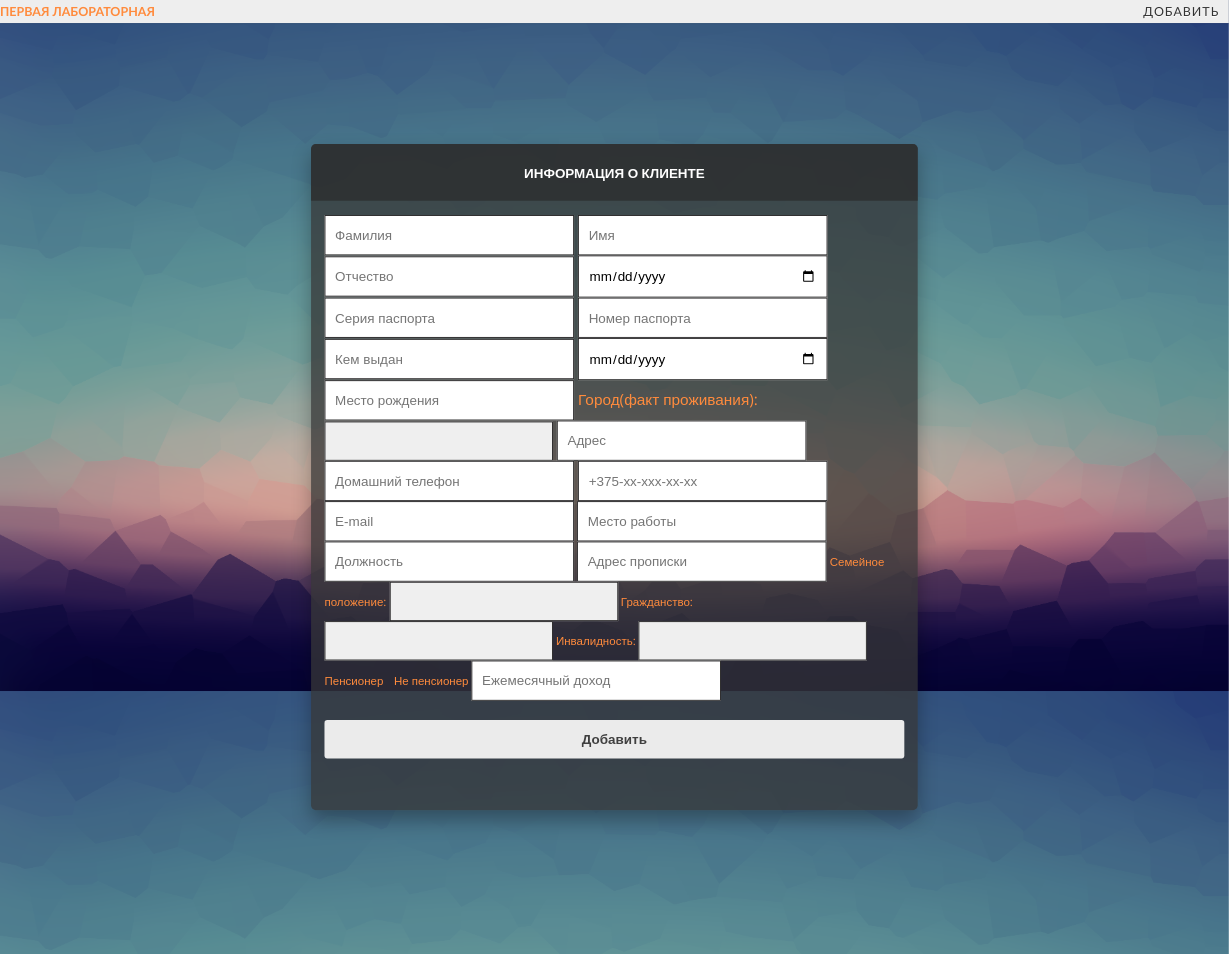
Repository: KosiloVeronika/workspace
Page: http://localhost/adbLab1/jsp/add_edit.jsp
These files come from the project's save history. The page is drawn as it stood at one moment and after the next save; the edit follows.
The browser window is 1280 px wide. The pictures show the whole page, at 96% of full size.
Backgrounds fixed to the window are drawn as part of the page. Some web libraries are served in a nearby version. The page is served by Tomcat 9. The template is opened directly, without the code that normally fills it, so the values that code supplies are empty.

Above is the page before, as saved 2015-10-12 22:01:41.

After the next save:
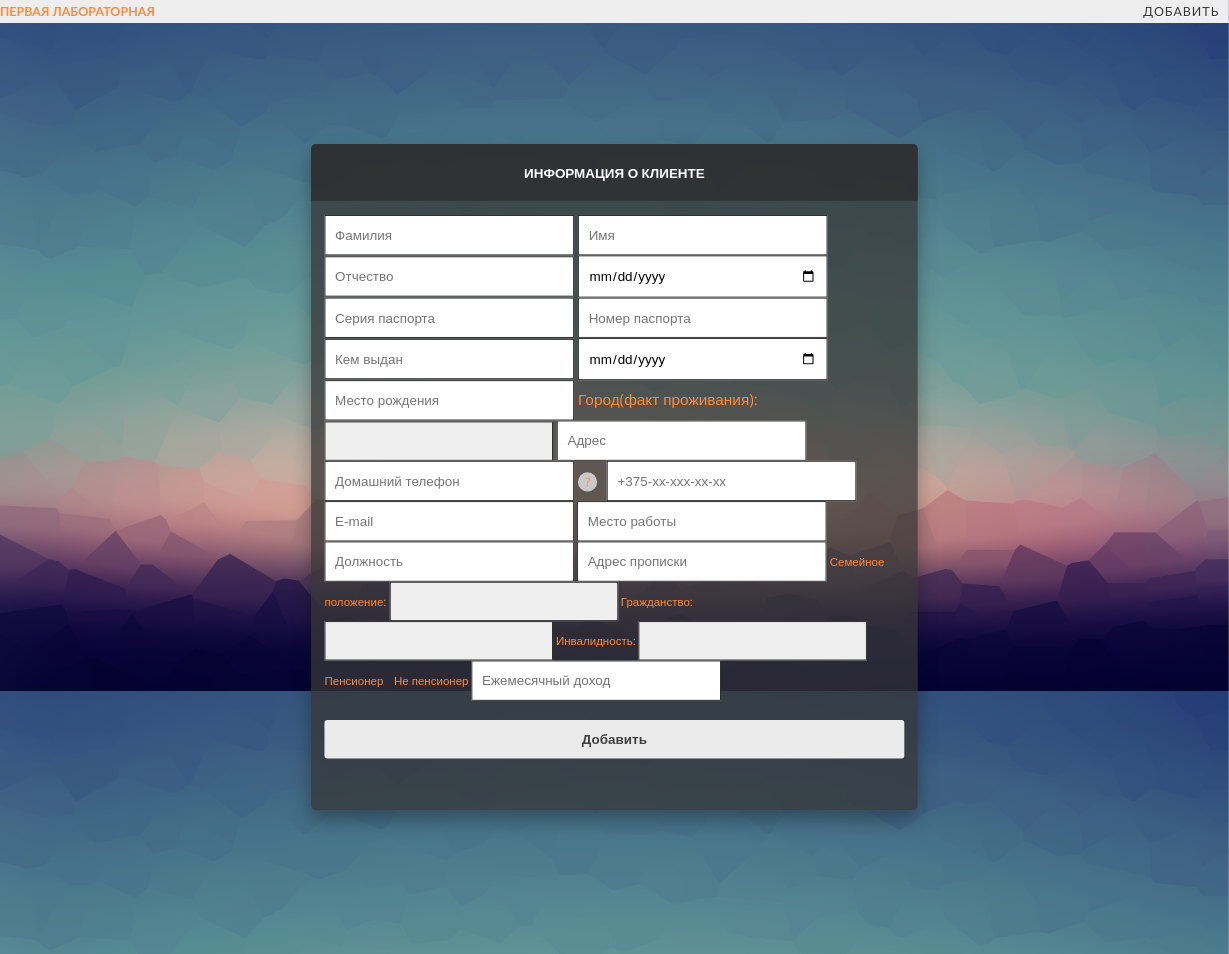
Saved 13 s later.
--- a/adbLab1/WebContent/css/style.css
+++ b/adbLab1/WebContent/css/style.css
@@ -177,13 +177,22 @@
 }
 
 #login-form fieldset form span:before {
-
+	background-color: #c9c9c9;
+	border-radius: 50%;
+	-moz-border-radius: 50%;
+	-webkit-border-radius: 50%;
+	content: "?";
+	display: inline-block;
+	height: 20px;
+	line-height: 20px;
+	margin-right: 10px;
+	text-align: center;
+	width: 20px;
 }
 
 #login-form fieldset form span {
 	font-size: 12px;
 	margin-top: 40px;
-
 }
 
 #login-form fieldset form span a{

After the save that followed:
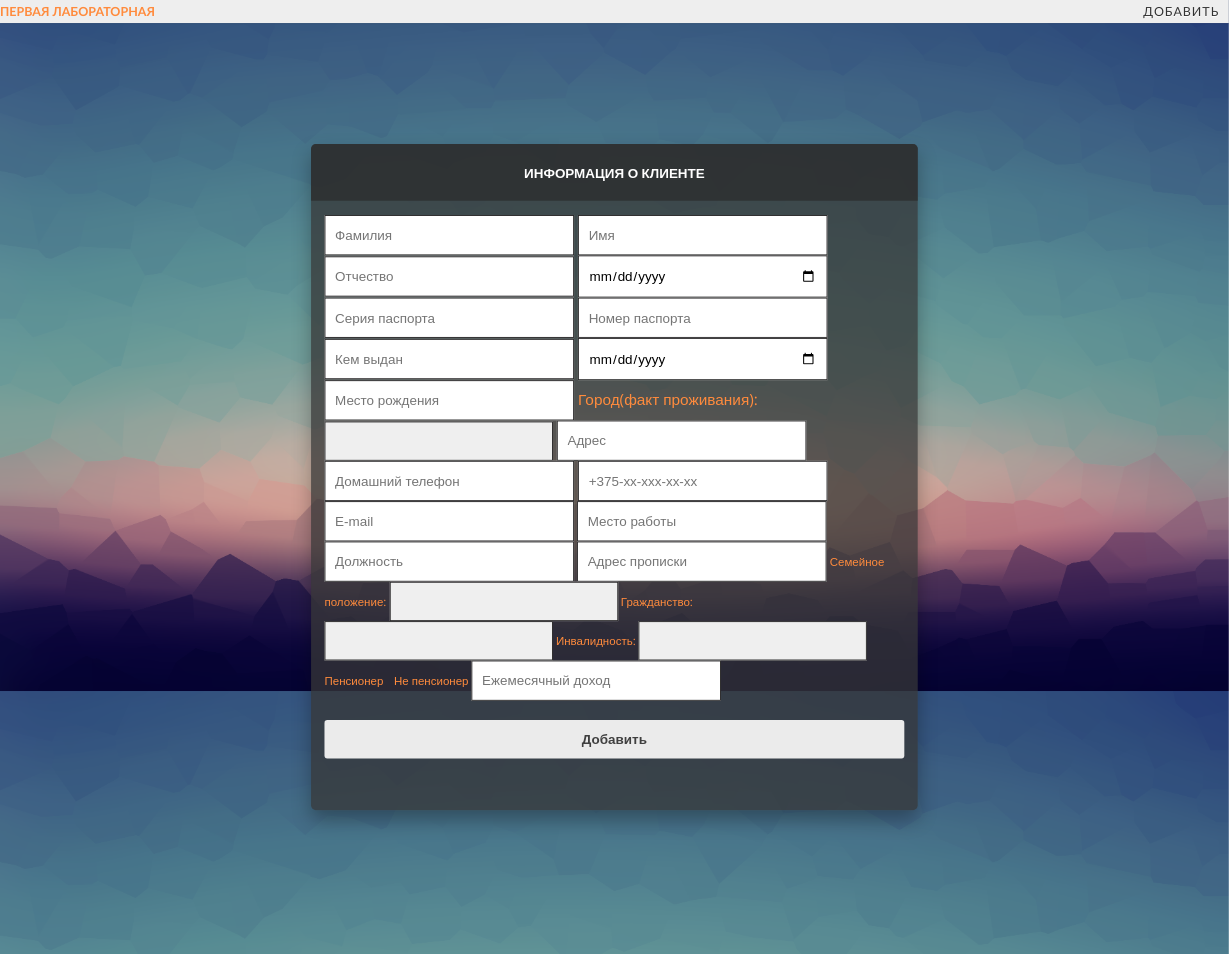
Saved 10 s later.
--- a/adbLab1/WebContent/css/style.css
+++ b/adbLab1/WebContent/css/style.css
@@ -178,10 +178,6 @@
 
 #login-form fieldset form span:before {
 	background-color: #c9c9c9;
-	border-radius: 50%;
-	-moz-border-radius: 50%;
-	-webkit-border-radius: 50%;
-	content: "?";
 	display: inline-block;
 	height: 20px;
 	line-height: 20px;
